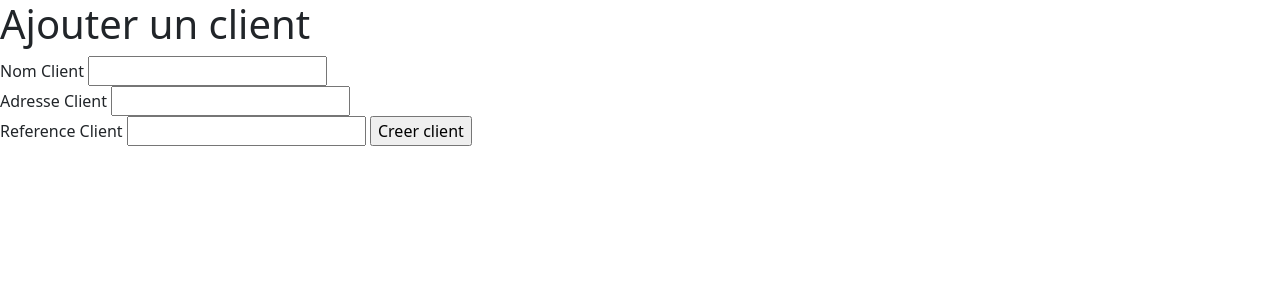
Repository: Elie-Dey/airblio
Page: test.html
These files come from the project's save history. The page is drawn as it stood at one moment and after the next save; the edit follows.
The browser window is 1280 px wide. The pictures show the whole page.

Above is the page before, as saved 2022-03-27 03:22:32.

### test.html
<!DOCTYPE html>
<html lang="en">
  <head>
    <meta charset="UTF-8" />
    <meta http-equiv="X-UA-Compatible" content="IE=edge" />
    <meta name="viewport" content="width=device-width, initial-scale=1.0" />
    <link
      href="https://cdn.jsdelivr.net/npm/bootstrap@5.1.3/dist/css/bootstrap.min.css"
      rel="stylesheet"
      integrity="sha384-1BmE4kWBq78iYhFldvKuhfTAU6auU8tT94WrHftjDbrCEXSU1oBoqyl2QvZ6jIW3"
      crossorigin="anonymous"
    />
    <script src="https://ajax.googleapis.com/ajax/libs/jquery/3.6.0/jquery.min.js"></script>
    <title>Document</title>
    <script src="js/app.js"></script>
  </head>
  <body>
    <h1>Ajouter un client</h1>
    <form action="connect.php" method="post">
      <label for="nom">Nom Client </label>
      <input type="text" name="nom" id="nom" /> <br />
      <label for="Adresse">Adresse Client</label>
      <input type="text" name="adresse" id="adresse" /> <br />
      <label for="reference">Reference Client</label>
      <input type="text" name="reference" id="reference" />
      <input type="submit" value="Creer client" />
    </form>
  </body>
</html>

### js/app.js
// var getHttpRequest = function () {
//   var httpRequest = false;
//   if (window.XMLHttpRequest) {
//     // Mozilla, Safari, IE7+...
//     httpRequest = new XMLHttpRequest();
//   } else if (window.ActiveXObject) {
//     // IE 6 et antérieurs
//     httpRequest = new ActiveXObject("Microsoft.XMLHTTP");
//   }

//   return httpRequest;
// };

// var httpRequest = getHttpRequest();
// httpRequest.open("GET");

$(document).ready(function () {
  $("form").submit(function (event) {
    var formData = {
      nom: $("#nom").val(),
      adresse: $("#adresse").val(),
      reference: $("#reference").val(),
    };
    $.ajax({
      type: "POST" ? url : "connect.php",
      data: formData,
      dataType: "json",
      encode: true,
    }).done(function (data) {
      console.log(data);
    });

    event.preventDefault();
  });
});

// function getClients() {
//   //Creation d'une requete AJAX pour se connecter au serveur avec le fichier connect.php
//   const requeteAjax = new XMLHttpRequest();
//   requeteAjax.open("GET", "connect.php");

//   //Quand les données sont reçus, les traités sous forme de JSON et les affichés au format HTML

//   requeteAjax.onload = function () {
//     const resultat = JSON.parse(requeteAjax.responseText);
//     console.log(resultat);
//   };

//   //On envoie la requete
//   requeteAjax.send();
// }
$(document).ready(function () {
  $("#display").click(function () {
    $.ajax({
      //create an ajax request to display.php
      type: "GET",
      url: "display.php",
      dataType: "html", //expect html to be returned
      success: function (response) {
        $("#responsecontainer").html(response);
        //alert(response);
      },
    });
  });
});

After the next save:
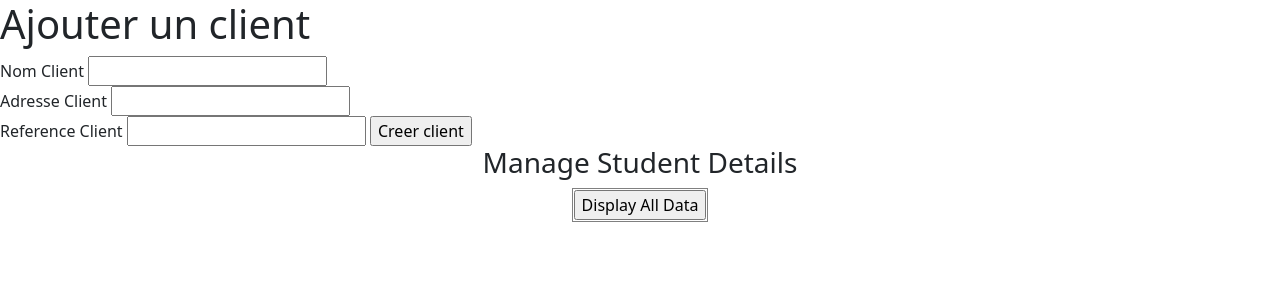
Saved 59 s later.
--- a/test.html
+++ b/test.html
@@ -25,5 +25,13 @@
       <input type="text" name="reference" id="reference" />
       <input type="submit" value="Creer client" />
     </form>
+
+    <h3 align="center">Manage Student Details</h3>
+    <table border="1" align="center">
+      <tr>
+        <td><input type="button" id="display" value="Display All Data" /></td>
+      </tr>
+    </table>
+    <div id="responsecontainer" align="center"></div>
   </body>
 </html>
